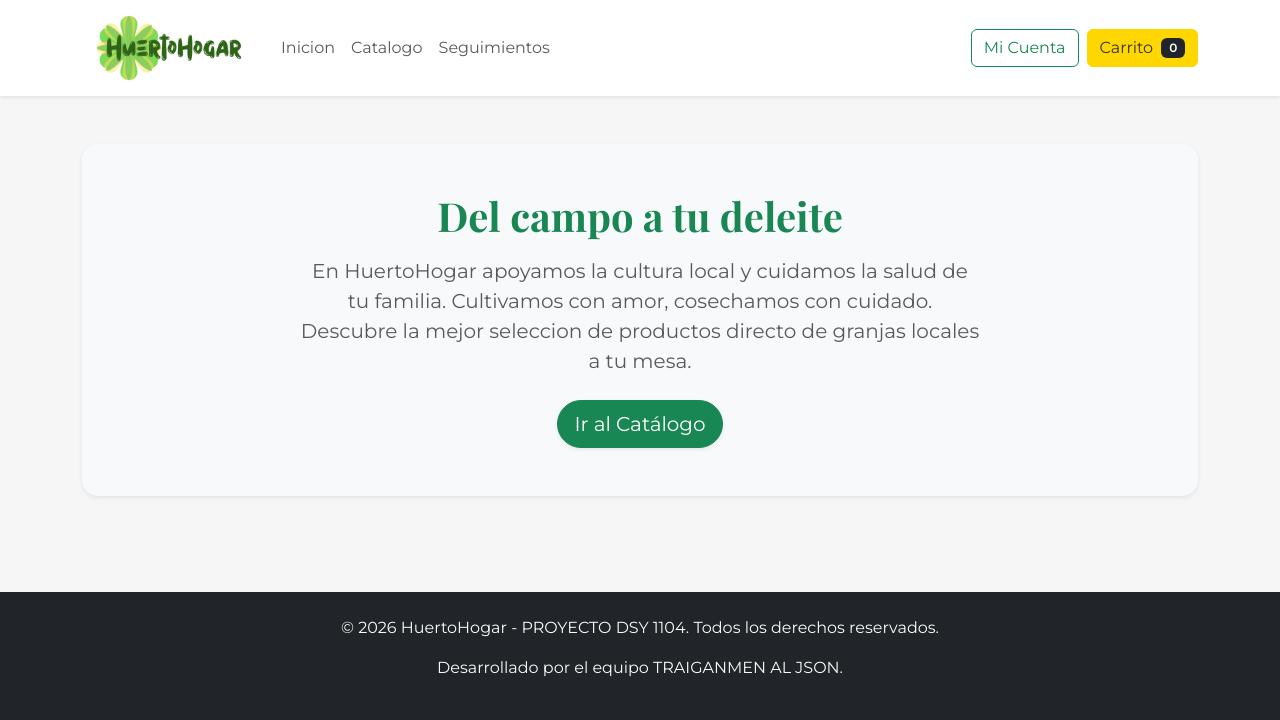
Repository: RottZen/Ev_1_Huerto_Hogar
Page: 1_inicio/index.html
These files come from the project's save history. The page is drawn as it stood at one moment and after the next save; the edit follows.
The browser window is 1280 px wide. The pictures show the whole page.

Above is the page before, as saved 2026-09-08 16:36:58.

### 1_inicio/index.html
<!DOCTYPE html>
<html lang="es">
<head>
    <meta charset="UTF-8">
    <meta name="viewport" content="width=device-width, initial-scale=1.0">
    <title>Plantilla Base - HuertoHogar</title>
    <link href="https://cdn.jsdelivr.net/npm/bootstrap@5.3.2/dist/css/bootstrap.min.css" rel="stylesheet">
    <link href="https://fonts.googleapis.com/css2?family=Montserrat:wght@400;600&family=Playfair+Display:wght@600;700&display=swap" rel="stylesheet">
    <link rel="stylesheet" href="../7_comunes/global.css">
    <link rel="stylesheet" href="index.css">

</head>
<body class="d-flex flex-column min-vh-100">
    <!-- menu de navegacion -->
    <header>
        <nav class="navbar navbar-expand-lg nav-light bg-white shadow-sm">
            <div class="container">
                <a class="navbar-brand" href="../1_inicio/index.HTML">
                    <img src="../assets/img/logo.png" alt="Logo HuertoHogar" class="logo-header d-inline-block align-text-center">
                </a>
                <button class="navbar-toggler" type="button" data-bs-toggle="collapse" data-bs-target="#menuNavegacion">
                    <span class="navbar-toggler-icon"></span>
                </button>

                <div class="collapse navbar-collapse" id="menuNavegacion">
                    <ul class="navbar-nav me-auto mb-2 mb-lg-0">
                        <li class="nav-item"><a class="nav-link" href="../1_inicio/index.html">Inicion</a></li>
                        <li class="nav-item"><a class="nav-link" href="../2_catalogo/catalogo.html">Catalogo</a></li>
                        <li class="nav-item"><a class="nav-link" href="../6_seguimiento/rastreo.html">Seguimientos</a></li>
                    </ul>
                    <div class="d-flex gap-2">
                        <a href="../4_autenticacion/registro.html" class="btn btn-outline-success">Mi Cuenta</a>
                        <!-- boton del carrito de compras con contador dinamico js KU -->
                        <a href="../3_carrito/carrito.html" class="btn btn-warning">
                            Carrito <span class="badge bg-dark ms-1" id="contador-carrito">0</span>
                        </a>
                    </div>
                </div>
            </div>
        </nav>
    </header>

    <!-- MAIN CONTENEDOR DINAMICO -->
    <main class="container my-5 flex-grow-1">

            <section class="hero-section text-center p-5 mb-5 rounded-4 shadow-sm bg-light">

                    <div class="col-lg-8 col-md-8 mx-auto">
                        <h1 class="fw-bold text-success mb-3" style="font-family: 'Playfair Display' serif;">Del campo a tu deleite</h1>
                        <p class="lead text-muted mb-4">En HuertoHogar apoyamos la cultura local y cuidamos la salud de tu familia. Cultivamos con amor, cosechamos con cuidado. Descubre la mejor seleccion de productos directo de granjas locales a tu mesa.</p>
                        <!-- btn catalogo -->
                        <a href="../2_catalogo/catalogo.html" class="btn btn-success btn-lg px4 rounded-pill shadow-sm">Ir al Catálogo</a>

                    </div>

            </section>






    </main>
    <footer class="bg-dark text-light py-4 mt-auto">
        <div class="container text-center">
            <p>&copy; 2026 HuertoHogar - PROYECTO DSY 1104. Todos los derechos reservados.</p>
            <p>Desarrollado por el equipo TRAIGANMEN AL JSON.</p>
        </div>
    </footer>
    <script src="https://cdn.jsdelivr.net/npm/bootstrap@5.3.2/dist/js/bootstrap.bundle.min.js"></script>
    <script src="../7_comunes/datos.js"></script>





</body>
</html>

### 7_comunes/global.css
/* tipografia */
@import url('https://fonts.googleapis.com/css2?family=Montserrat:wght@400;600&family=Playfair+Display:wght@600;700&display=swap');

/* variable colores of */
:root{
    --blanco-suave: #f6f6f6;
    --verde-esmeralda: #2e8b57;
    --amarillo-mostaza: #ffd700;
    --marron-claro: #8B4513;
    --gris-oscuro: #333333;
    --gris-medio: #666666;

}
.logo-header{
    height: 70px;
    width: auto;
    object-fit: contain;

}

/* configuracion base */
body{
    background-color: var(--blanco-suave);
    color : var(--gris-oscuro);
    font-family: 'Montserrat', sans-serif;
}

h1, h2, h3, h4{
    font-family: 'Playfair Display', serif;
    color: var(--marron-claro)
}


/* sobreescribir botones feos de bootstrap */

.btn-primary{
    background-color: var(--verde-esmeralda) !important;
    border-color: var(--verde-esmeralda) !important;
    color: white !important;
}
.btn-primary:hover{
    background-color: #246b43 !important; /*mas oscurito pa q se note la interaccion */
    border-color: #246b43 !important;
}
.btn-warning{
    background-color: var(--amarillo-mostaza) !important;
    border-color: var(--amarillo-mostaza) !important;
    color: var(--gris-oscuro) !important;
}

### 7_comunes/datos.js
const productos = [
    {
        "Codigo": "FR001",
        "nombre": "Manzanas fuji",
        "categoria": "frutas",
        "precio": 1200,
        "unidad": "kg",
        "imagen": "../img/manzanas-fuji.jpg",
        "descripcion": "Jugosas y ricas en vitamina C, ideales para zumos frescos y refrescantes.",
        "origen": "Chile",
        "stock": 200
    },
    {
        "Codigo": "FR002",
        "nombre": "Naranjas Valencia",
        "categoria": "frutas",
        "precio": 1000,
        "unidad": "kg",
        "imagen": "../img/naranjas-valencia.jpg",
        "descripcion": "Jugosas y ricas en vitamina C, ideales para zumos frescos y refrescantes.",
        "origen": "Chile",
        "stock": 200
    },
    {
        "Codigo": "FR003",
        "nombre": "Plátanos Cavendish",
        "categoria": "frutas",
        "precio": 800,
        "unidad": "kg",
        "imagen": "../img/platanos-cavendish.jpg",
        "descripcion": "Plátanos maduros y dulces, perfectos para el desayuno o como snack energético.",
        "origen": "Chile",
        "stock": 250
    },
    {
        "Codigo": "VR001",
        "nombre": "Zanahorias Orgánicas",
        "categoria": "verduras",
        "precio": 900,
        "unidad": "kg",
        "imagen": "../img/zanahorias-organicas.jpg",
        "descripcion": "Zanahorias crujientes cultivadas sin pesticidas. Excelente fuente de vitamina A y fibra.",
        "origen": "Región de O'Higgins",
        "stock": 100
    },
    {
        "Codigo": "VR002",
        "nombre": "Espinacas Frescas",
        "categoria": "verduras",
        "precio": 700,
        "unidad": "bolsa 500g",
        "imagen": "../img/espinacas-frescas.jpg",
        "descripcion": "Espinacas frescas y nutritivas, perfectas para ensaladas y batidos verdes.",
        "origen": "Chile",
        "stock": 80
    },
    {
        "Codigo": "VR003",
        "nombre": "Pimientos Tricolores",
        "categoria": "verduras",
        "precio": 1500,
        "unidad": "kg",
        "imagen": "../img/pimientos-tricolores.jpg",
        "descripcion": "Pimientos rojos, amarillos y verdes, ideales para salteados y platos coloridos.",
        "origen": "Chile",
        "stock": 120
    },
    {
        "Codigo": "PO001",
        "nombre": "Miel Orgánica",
        "categoria": "organicos",
        "precio": 5000,
        "unidad": "frasco 500g",
        "imagen": "../img/miel-organica.jpg",
        "descripcion": "Miel pura y orgánica producida por apicultores locales. Rica en antioxidantes y con un sabor inigualable.",
        "origen": "Región de La Araucanía",
        "stock": 50
    },
    {
        "Codigo": "PO003",
        "nombre": "Quinua Orgánica",
        "categoria": "organicos",
        "precio": 3200,
        "unidad": "bolsa 1kg",
        "imagen": "../img/quinua-organica.jpg",
        "descripcion": "Quinua orgánica, alta en proteínas y libre de gluten, ideal para una alimentación saludable.",
        "origen": "Chile",
        "stock": 35
    },
    {
        "Codigo": "PL001",
        "nombre": "Leche Entera",
        "categoria": "lacteos",
        "precio": 1100,
        "unidad": "litro",
        "imagen": "../img/leche-entera.jpg",
        "descripcion": "Leche entera proveniente de granjas locales, rica en calcio y nutrientes esenciales.",
        "origen": "Chile",
        "stock": 90
    }
];


function obtenerCarrito() {
    const carritoGuardado = localStorage.getItem("carritoHuertoHogar");
    return carritoGuardado ? JSON.parse(carritoGuardado) : [];
}

function guardarCarrito(carrito) {
    localStorage.setItem("carritoHuertoHogar",JSON.stringify(carrito));
    actualizarContadorCarrito()
}

function agregarAlCarrito(codProducto,cantidad = 1) {
    const producto = productos.find(p => p.Codigo == codProducto);
    if (!producto){
        console.error("Producto no encontrado");
        return;
    }
    const carrito = obtenerCarrito();
    const itemExistente = carrito.find(item => item.Codigo == codProducto);
    if (itemExistente) {
        itemExistente.cantidad += cantidad;
    } else {
        carrito.push({
            "Codigo" : producto.Codigo,
            "nombre" : producto.nombre,
            "precio" : producto.precio,
            "imagen" : producto.imagen,
            "cantidad" : cantidad
        });
    }
    guardarCarrito(carrito)
}

function eliminarDelCarrito(codProducto) {
    let carrito = obtenerCarrito();
    carrito = carrito.filter(item => item.Codigo !== codProducto);
    guardarCarrito(carrito);
    renderizarCarrito();
}

function actualizarCantidad(codProducto, nuevaCantidad) {
    const carrito = obtenerCarrito();
    const item = carrito.find(item => item.Codigo === codProducto);

    if (item && nuevaCantidad > 0) {
        item.cantidad = nuevaCantidad;
        guardarCarrito(carrito);
        renderizarCarrito();
    }
}

function calcularTotalCarrito() {
    const carrito = obtenerCarrito();
    return carrito.reduce((total, item) => total + (item.precio * item.cantidad), 0);
}

function actualizarContadorCarrito() {
    const contador = document.querySelector("#contador-carrito");
    if (!contador) {
        return;
    }
    const carrito = obtenerCarrito();
    const productostotales = carrito.reduce((total, item) => total + item.cantidad, 0);
    contador.textContent = productostotales;
}

function renderizarProductos(listaProductos = productos) {
    const contenedor = document.querySelector(".grid-productos");
    if (!contenedor) return;

    contenedor.innerHTML = "";

    listaProductos.forEach(producto => {
        const tarjeta = document.createElement("article");
        tarjeta.classList.add("tarjeta-producto");
        tarjeta.innerHTML = `
            <img src="${producto.imagen}" alt="${producto.nombre}">
            <h3>${producto.nombre}</h3>
            <p class="origen">${producto.origen}</p>
            <p class="precio">$${producto.precio.toLocaleString("es-CL")} / ${producto.unidad}</p>
            <button class="btn" onclick="agregarAlCarrito('${producto.Codigo}')">Agregar al carrito</button>
        `;
        contenedor.appendChild(tarjeta);
    });
}

function filtrarPorCategoria(categoria) {
    if (categoria === "todos") {
        renderizarProductos(productos);
    } else {
        const filtrados = productos.filter(p => p.categoria === categoria);
        renderizarProductos(filtrados);
    }
}

// Dibuja el contenido del carrito en carrito.html
function renderizarCarrito() {
    const contenedor = document.querySelector("#tabla-carrito");
    if (!contenedor) return;

    const carrito = obtenerCarrito();
    contenedor.innerHTML = "";

    if (carrito.length === 0) {
        contenedor.innerHTML = '<tr><td colspan="5" class="text-center py-4 text-muted">El carrito está vacío</td></tr>';
    } else {
        carrito.forEach(item => {
            const fila = document.createElement("tr");
            fila.classList.add("item-carrito");
            fila.innerHTML = `
                <td class="d-flex align-items-center">
                    <img src="${item.imagen}" alt="${item.nombre}" style="width : 50px; height: 50px; object-fit: cover;" class= "rounded me-2">
                    <span>${item.nombre}</span>
                </td>
                <td>$${item.precio.toLocaleString("es-CL")}</td>
                <td>
                    <input type="number" class="form-control form-control-sm" style="width: 70px;" min="1" value="${item.cantidad}"
                        onchange="actualizarCantidad('${item.Codigo}', parseInt(this.value))">

                </td>
                <td>
                    <span class="fw-bold text-success ms-2">
                    $${(item.precio * item.cantidad).toLocaleString("es-CL")}</span>
                </td>
                <td>
                    <button class="btn btn-danger btn-sm" onclick="eliminarDelCarrito('${item.Codigo}')">Eliminar</button>
                </td>
                `;
                contenedor.appendChild(fila);
            });
        }

    const totalElemento = document.querySelector("#total-carrito");
    const subtotalElemento = document.querySelector("#subtotal-carrito");

    if (totalElemento && subtotalElemento) {
        const totalCalculado = calcularTotalCarrito().toLocaleString("es-CL");
        subtotalElemento.textContent = `Subtotal: $${totalCalculado} CLP`;
        totalElemento.textContent = `Total: $${calcularTotalCarrito().toLocaleString("es-CL")}`;
    }
}

document.addEventListener("DOMContentLoaded", () => {
    actualizarContadorCarrito();
    renderizarProductos();
    renderizarCarrito();
})

Loaded but not shown: 1_inicio/index.css (no stored copy; drawn as an empty file)

After the next save:
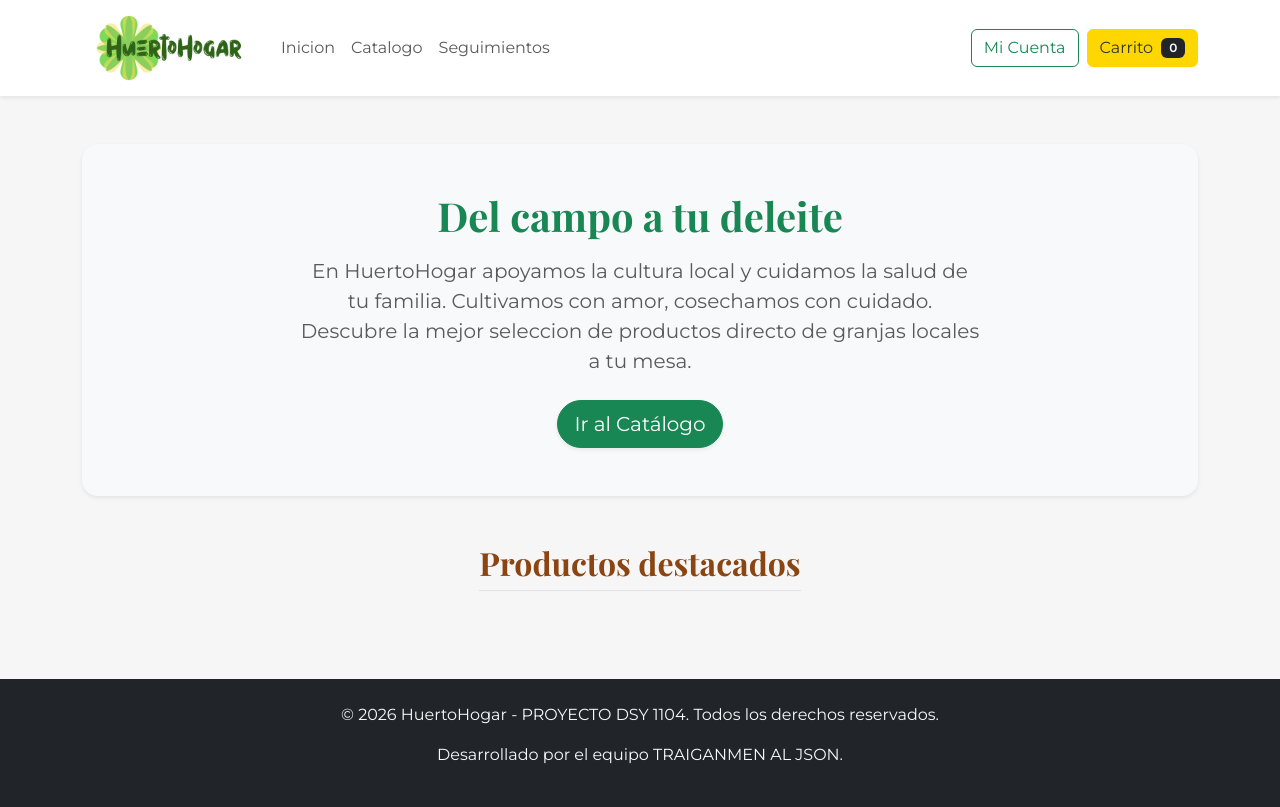
Saved 2 min 3 s later.
--- a/1_inicio/index.html
+++ b/1_inicio/index.html
@@ -56,6 +56,11 @@
             </section>
 
 
+        <div class="mb-4 text-center">
+            <h2 class="fw-bold mb-3 border-bottom pb-2 d-inline-block">Productos destacados</h2>
+        </div>
+
+
 
 
 
